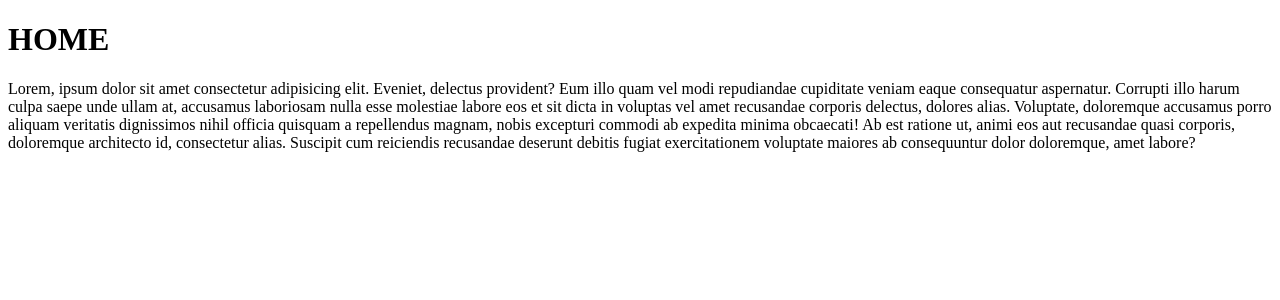
Repository: Andres250602/auth.django
Page: http://localhost/
These files come from the project's save history. The page is drawn as it stood at one moment and after the next save; the edit follows.
The browser window is 1280 px wide. The pictures show the whole page.
The page is served by the project's application, run on Django 5.2 (manage.py).

Above is the page before, as saved 2024-04-10 13:07:08.

After the next save:
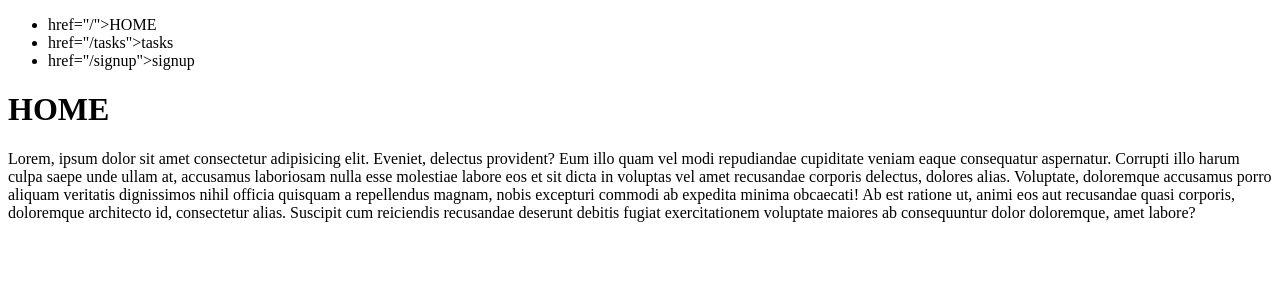
Saved 20 h 7 min later.
--- a/myapp/templates/base.html
+++ b/myapp/templates/base.html
@@ -6,6 +6,19 @@
     <title>Django CRUD Application</title>
 </head>
 <body>
+    <nav>
+        <ul>
+            <li>
+                <a> href="/">HOME</a>
+            </li>
+            <li>
+                <a> href="/tasks">tasks</a>
+            </li>
+            <li>
+                <a> href="/signup">signup</a>
+            </li>
+        </ul>
+    </nav>
     {% block content %}
     {% endblock %}
 </body>
